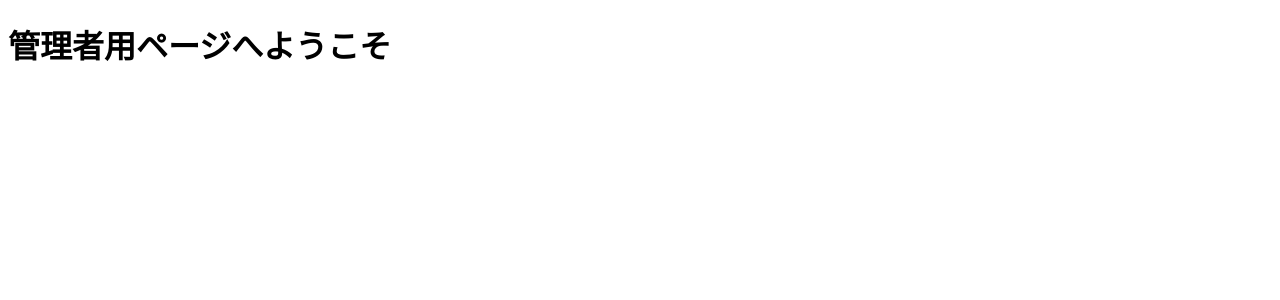
Repository: MurayamaMura/ecsite
Page: http://localhost/ecsite/managerLogin.jsp
An editor plug-in stored every save of this project. The page is shown before and after the next save, followed by the edit.
The browser window is 1280 px wide. The pictures show the whole page.
The page is served by Tomcat 9.

Above is the page before, as saved 2018-07-27 18:12:37.

After the next save:
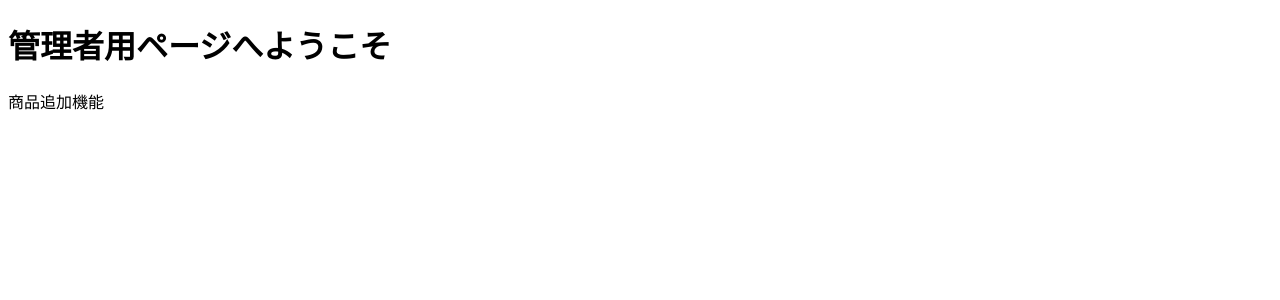
Saved 5 s later.
--- a/ecsite/WebContent/managerLogin.jsp
+++ b/ecsite/WebContent/managerLogin.jsp
@@ -10,5 +10,6 @@
 </head>
 <body>
 <h1>管理者用ページへようこそ</h1>
+<p>商品追加機能</p>
 </body>
 </html>
